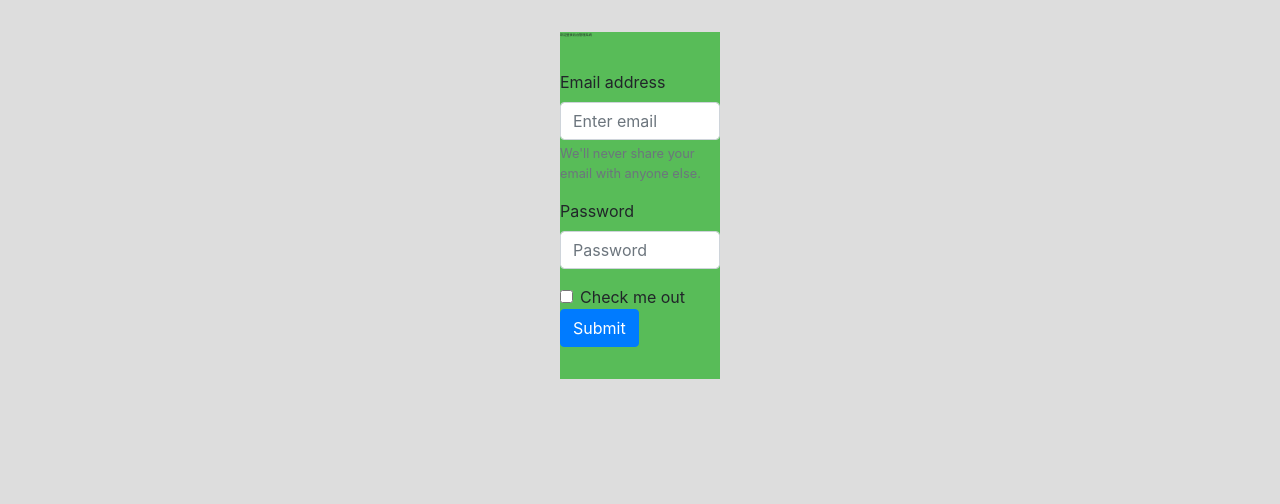
Repository: gzh51904/baiyangApp
Page: / (app in houtai/Vue-admin/)
An editor plug-in stored every save of this project. The page is shown before and after the next save, followed by the edit.
The browser window is 1280 px wide. The pictures show the whole page.
The project was rebuilt for these pictures with package versions that can differ from the ones it lists, and the page was loaded fresh each time. Also part of the build but not shown: houtai/Vue-admin/vue.config.js.

Above is the page before, as saved 2019-05-11 09:45:34.

After the next save:
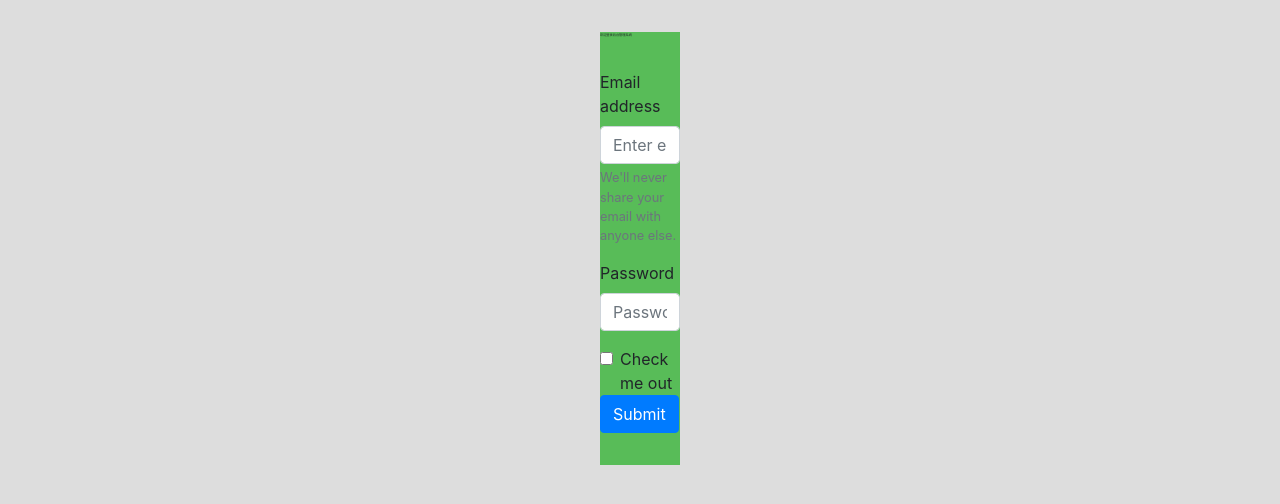
Saved 13 s later.
--- a/houtai/Vue-admin/src/pages/login.vue
+++ b/houtai/Vue-admin/src/pages/login.vue
@@ -28,7 +28,7 @@ export default {
 .login{
     margin: 2rem auto;
     overflow:hidden;
-    width: 10rem;
+    width: 5rem;
     /* height:5rem; */
     background-color:#58bc58;
     padding-top:.013333rem;
